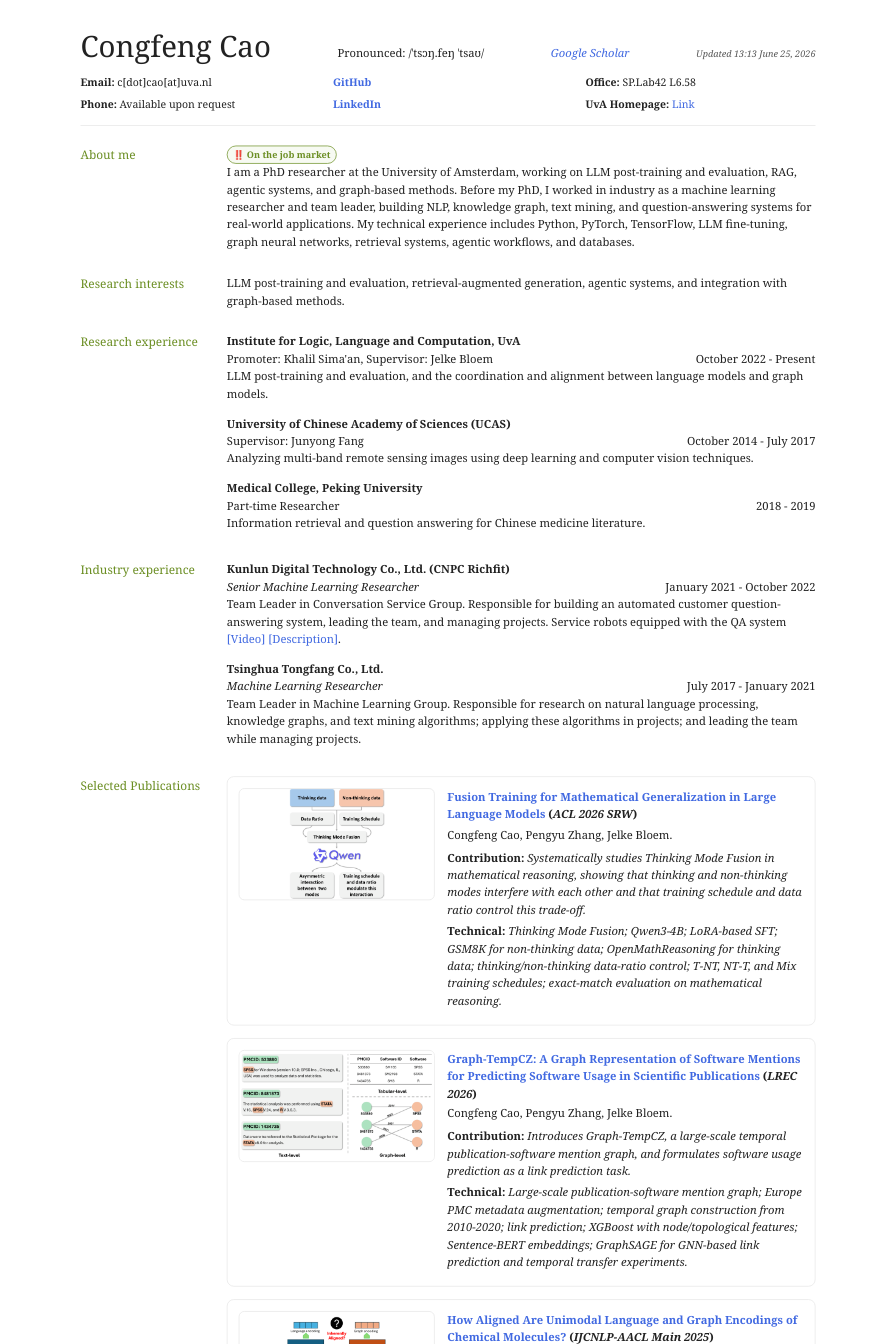
Repository: caocongfeng/caocongfeng.github.io
Page: index.html
These files come from the project's save history. The page is drawn as it stood at one moment and after the next save; the edit follows.
The browser window is 1280 px wide. The pictures show the part of the page from y = 0 to 1920 px (the page is 4752 px tall), at 70% of full size.

Above is the page before, as saved 2026-06-25 13:09:31.

After the next save:
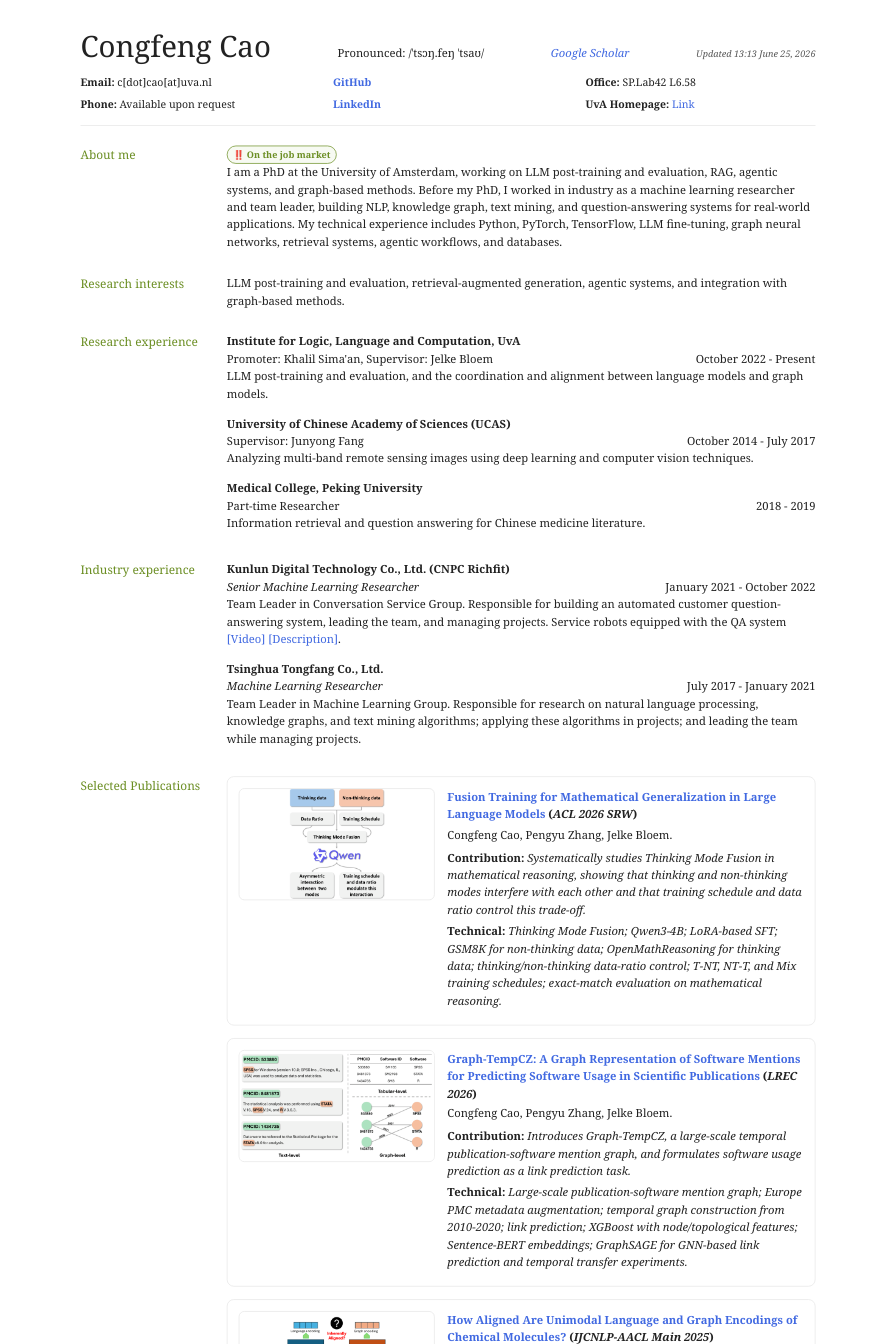
Saved 83 s later.
--- a/index.html
+++ b/index.html
@@ -349,7 +349,7 @@
         <p>
           <span class="job-market-badge">‼️ On the job market</span> <br />
 
-          I am a PhD researcher at the University of Amsterdam, working on LLM post-training and evaluation, RAG, agentic systems, and graph-based methods. Before my PhD, I worked in industry as a machine learning researcher and team leader, building NLP, knowledge graph, text mining, and question-answering systems for real-world applications. My technical experience includes Python, PyTorch, TensorFlow, LLM fine-tuning, graph neural networks, retrieval systems, agentic workflows, and databases.</p>
+          I am a PhD at the University of Amsterdam, working on LLM post-training and evaluation, RAG, agentic systems, and graph-based methods. Before my PhD, I worked in industry as a machine learning researcher and team leader, building NLP, knowledge graph, text mining, and question-answering systems for real-world applications. My technical experience includes Python, PyTorch, TensorFlow, LLM fine-tuning, graph neural networks, retrieval systems, agentic workflows, and databases.</p>
       </div>
     </section>
 
